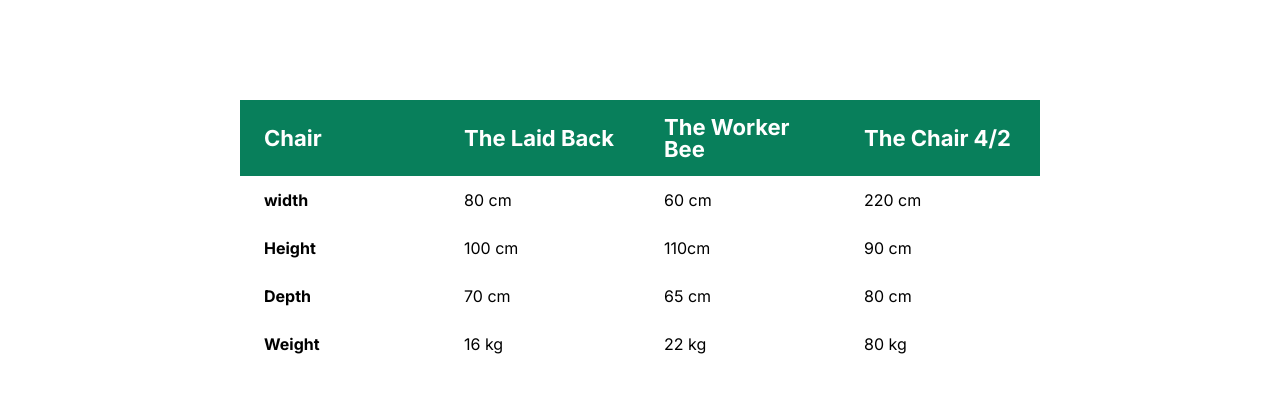
Repository: Ahmed123rezk123/06-Components
Page: table.html
An editor plug-in stored every save of this project. The page is shown before and after the next save, followed by the edit.
The browser window is 1280 px wide. The pictures show the whole page.

Above is the page before, as saved 2024-09-16 09:43:05.

### table.html
<!DOCTYPE html>
<html lang="en">
  <head>
    <meta charset="UTF-8" />
    <meta name="viewport" content="width=device-width, initial-scale=1.0" />
    <link rel="preconnect" href="https://fonts.gstatic.com" />
    <link
      href="https://fonts.googleapis.com/css2?family=Inter:wght@400;500;700&display=swap"
      rel="stylesheet"
    />
    <style>
      * {
        margin: 0;
        padding: 0;
        box-sizing: border-box;
      }

      body {
        font-family: "Inter", sans-serif;
        /* color: #343a40;
        background-color: #f8f9fa; */
        line-height: 1;
        display: flex;
        justify-content: center;
      }
      table {
        margin: 100px auto;
        width: 800px;
        border-collapse: collapse;
      }
      thead {
        background-color: #087f5b;
        color: #fff;
        font-size: 18px;
        font-weight: 500;
      }
      thead th {
        width: 25%;
        font-size: 22px;
      }
      th,
      td {
        padding: 16px 24px;
        text-align: left;
      }
    </style>
    <title>Table</title>
  </head>
  <body>
    <table>
      <thead>
        <tr>
          <th>Chair</th>
          <th>The Laid Back</th>
          <th>The Worker Bee</th>
          <th>The Chair 4/2</th>
        </tr>
      </thead>
      <tbody>
        <tr class="wid">
          <th>width</th>
          <td>80 cm</td>
          <td>60 cm</td>
          <td>220 cm</td>
        </tr>
        <tr class="high">
          <th>Height</th>
          <td>100 cm</td>
          <td>110cm</td>
          <td>90 cm</td>
        </tr>
        <tr class="dep">
          <th>Depth</th>
          <td>70 cm</td>
          <td>65 cm</td>
          <td>80 cm</td>
        </tr>

        <tr class="">
          <th>Weight</th>
          <td>16 kg</td>
          <td>22 kg</td>
          <td>80 kg</td>
        </tr>
      </tbody>
    </table>
  </body>
</html>

After the next save:
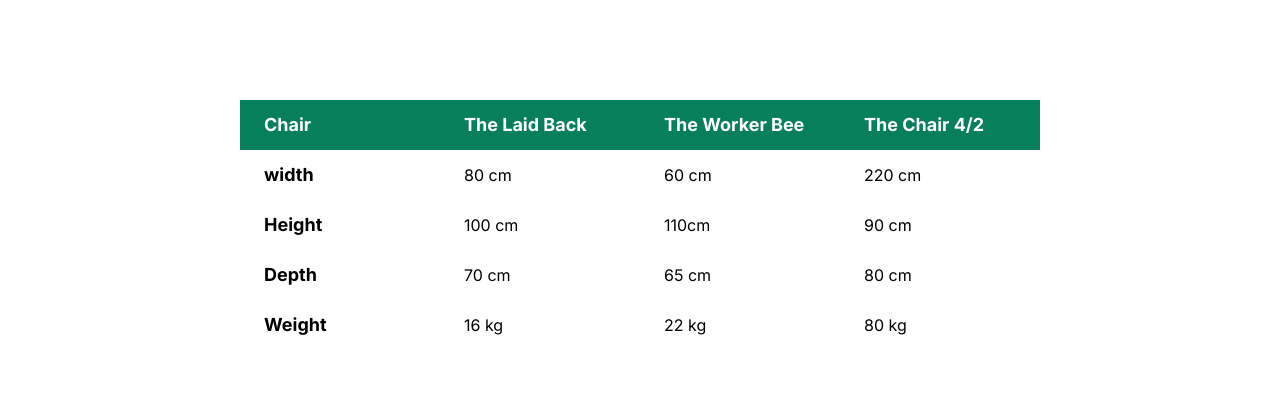
Saved 34 s later.
--- a/table.html
+++ b/table.html
@@ -36,7 +36,9 @@
       }
       thead th {
         width: 25%;
-        font-size: 22px;
+      }
+      tbody th {
+        font-size: 18px;
       }
       th,
       td {
